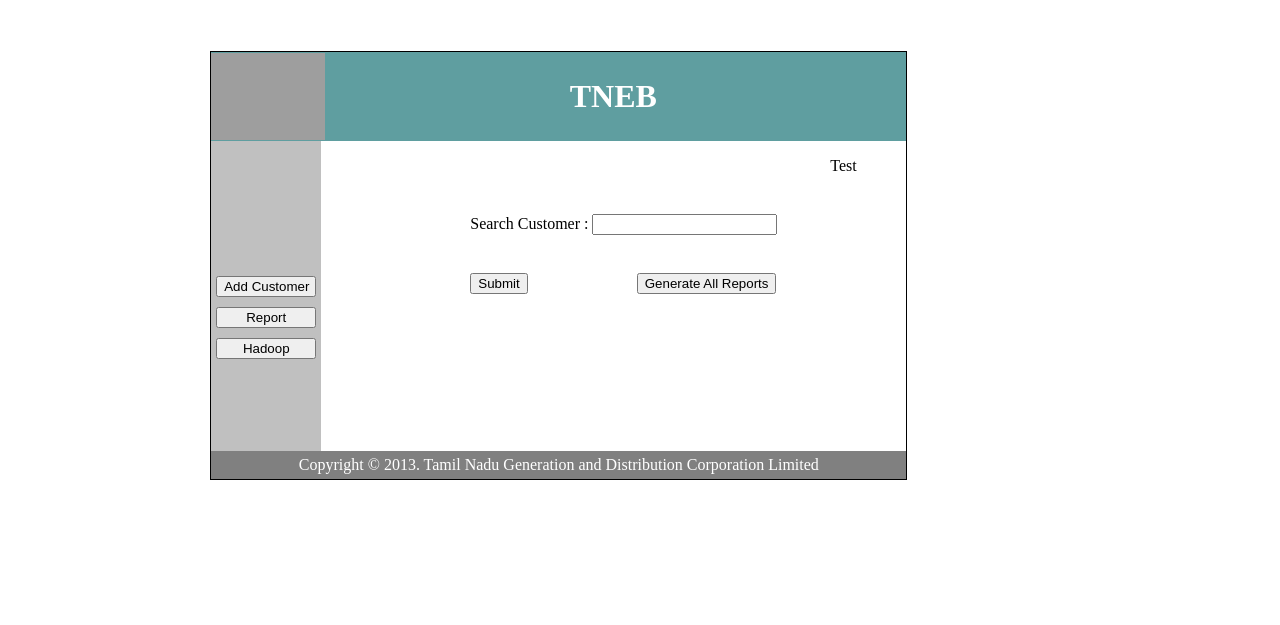
Repository: vjbrocode/Hackathon
Page: http://localhost/TNEB_billing/BillReport.jsp
The author's editor kept a copy of each file at every save. The page is drawn from the files as they stood at one save, then again after the next save.
The browser window is 1280 px wide. The pictures show the whole page.
Pictures or frames that could not be fetched are drawn as grey boxes. Some web libraries are served in a nearby version. The page is served by Tomcat 9.

Above is the page before, as saved 2015-07-07 09:00:54.

After the next save:
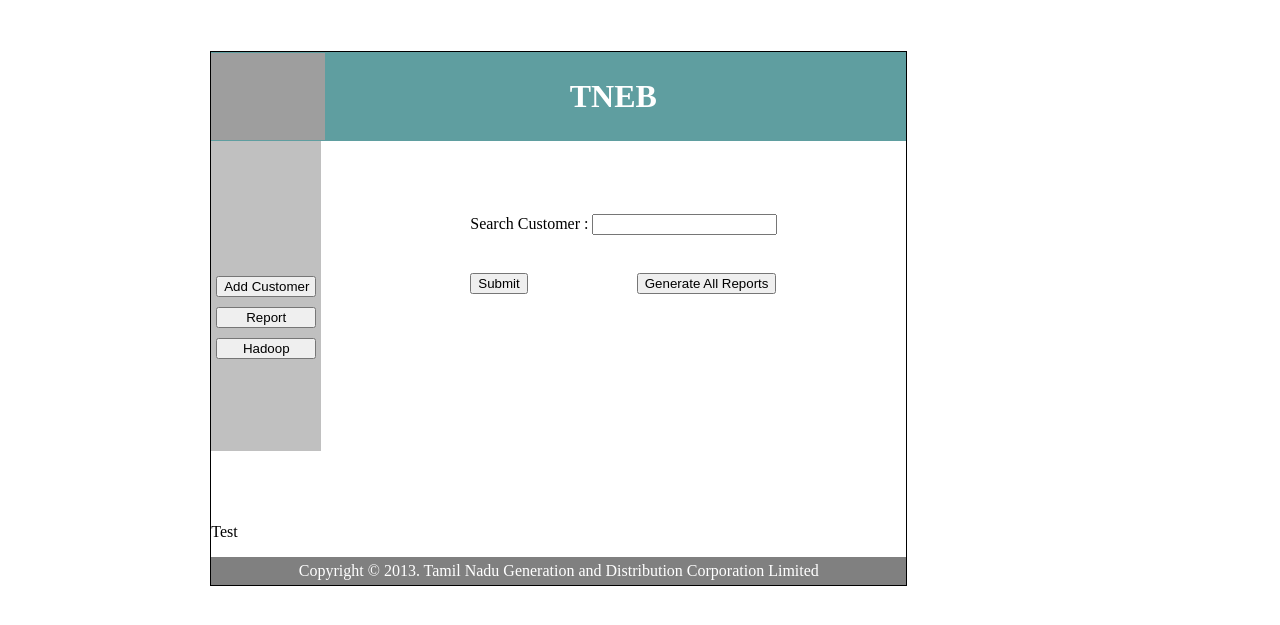
Saved 13 s later.
--- a/workspace/TNEB billing/WebContent/BillReport.jsp
+++ b/workspace/TNEB billing/WebContent/BillReport.jsp
@@ -89,7 +89,7 @@
  	         <input type="submit" value="Submit" />
   	         <input type="submit" value="Generate All Reports" name="report" style="margin-top: 11%; margin-left: 30%;" />
          </div>
-         <div><p>Test</p></div>
+         <div id="info"><p>Test</p></div>
          <div id="footer">
            Copyright © 2013.  Tamil Nadu Generation and Distribution Corporation Limited
          </div>
